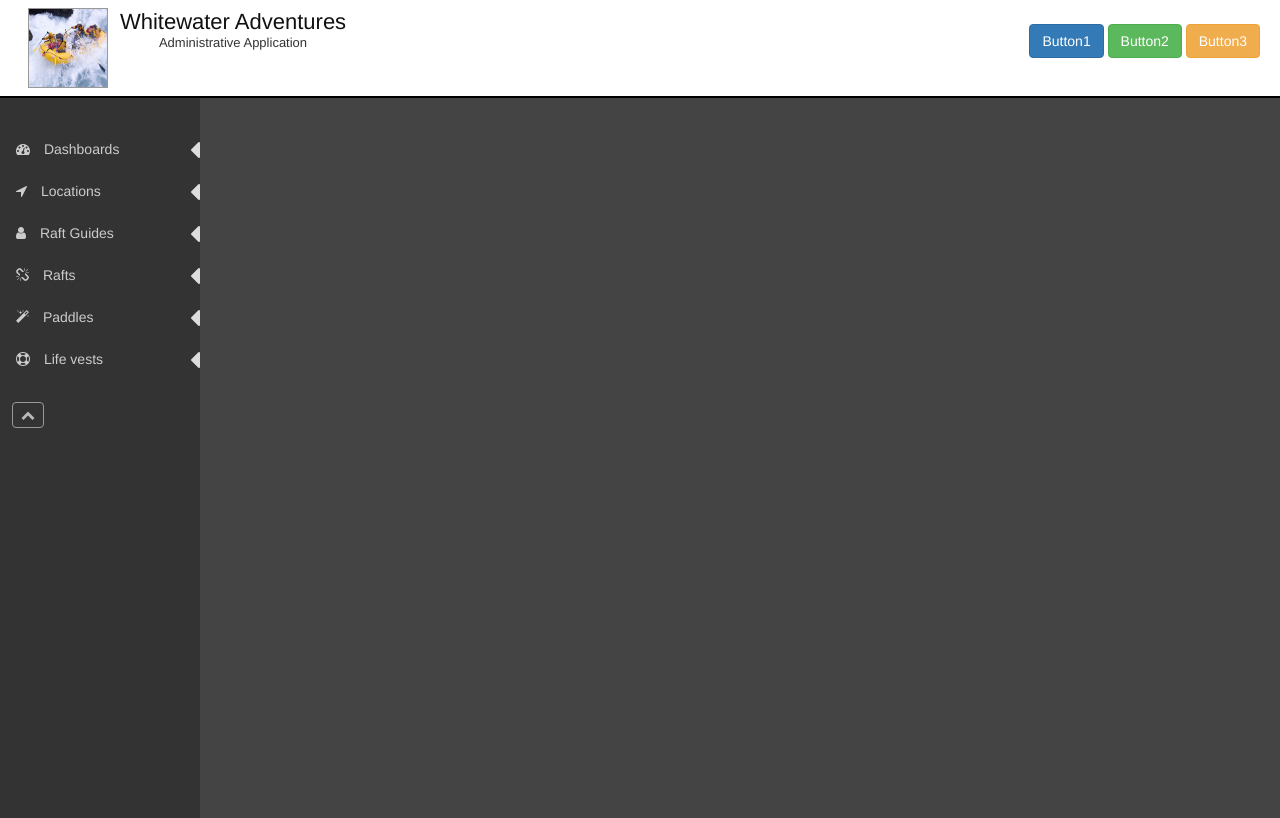
Repository: chetana161992/white
Page: index.html
The author's editor kept a record of every edit. The page is drawn from the files as they stood at one moment, then again after the next edit.
The browser window is 1280 px wide. The pictures show the whole page.
Some web libraries are served in a nearby version.

Above is the page before.

After the next edit:
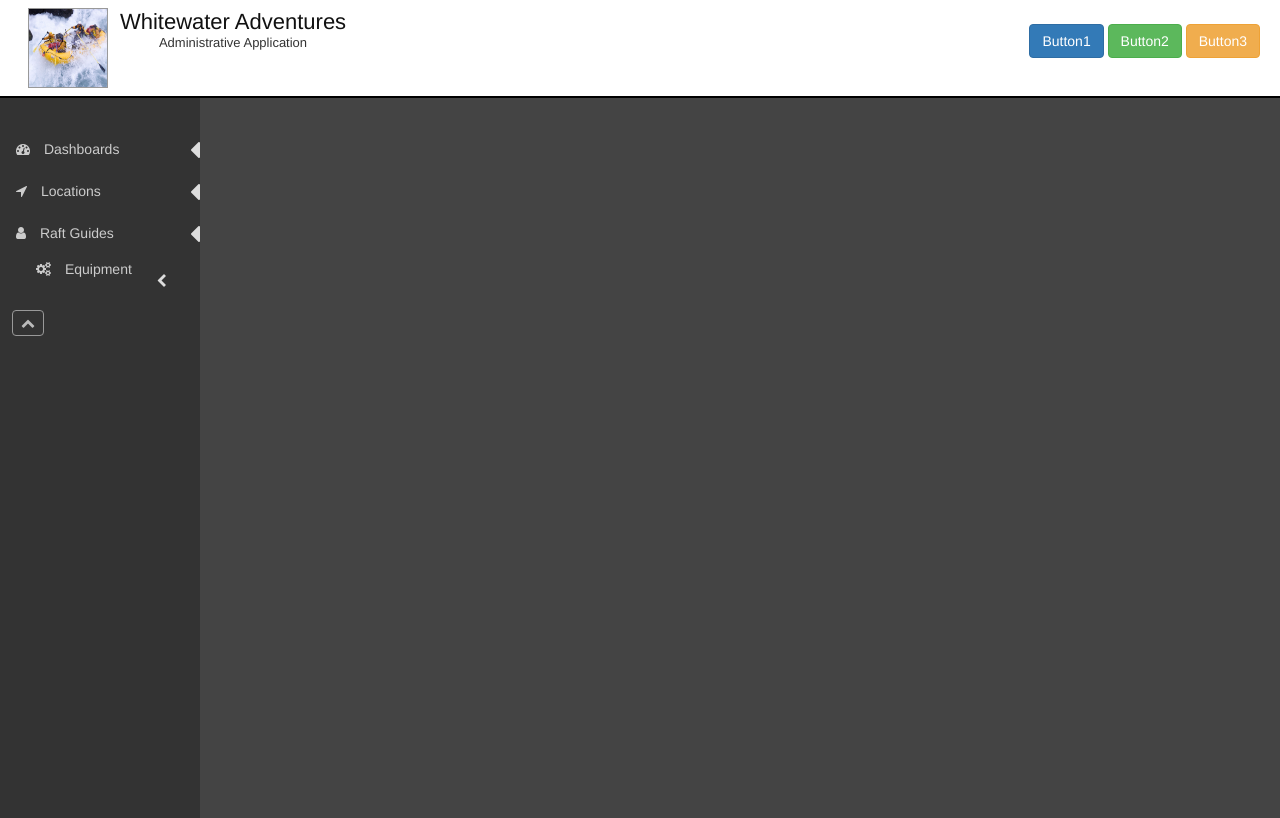
The edit:
--- a/index.html
+++ b/index.html
@@ -18,6 +18,8 @@
 			<script src="extModules/psMenu/psMenuModule.js"></script>
 			<script src="extModules/psMenu/psMenuDirective.js"></script>
 			<script src="extModules/psMenu/psMenuItemDirective.js"></script>
+			<script src="extModules/psMenu/psMenuGroupDirective.js"></script>
+
 
 
 			<script src="extModules/psMenu/psMenuController.js"></script>
